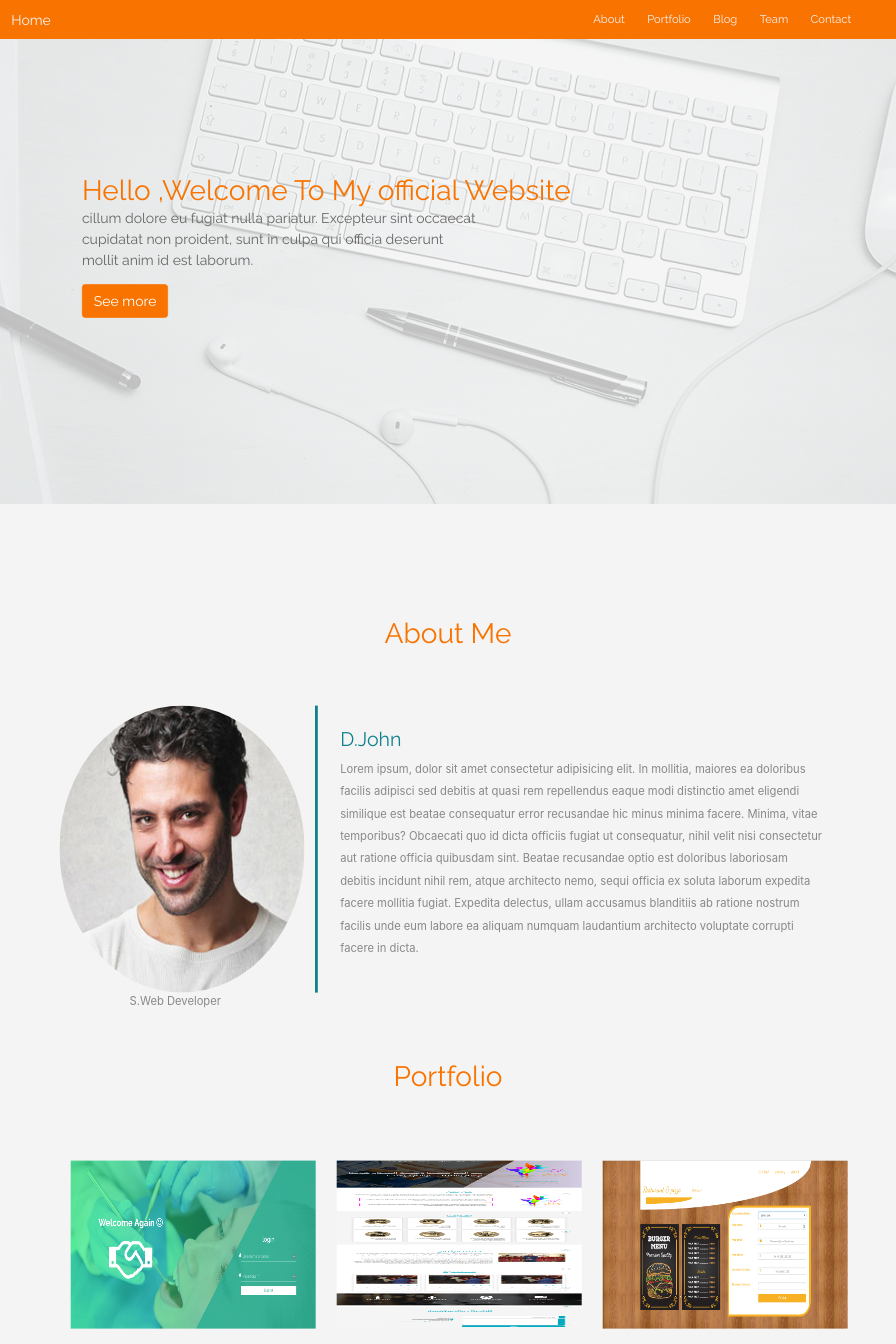
Repository: adrian9211/Bootstrap_website_Ruth
Page: index.html
The author's editor kept a copy of each file at every save. The page is drawn from the files as they stood at one save, then again after the next save.
The browser window is 1280 px wide. The pictures show the part of the page from y = 0 to 1920 px (the page is 4159 px tall), at 70% of full size.
Some web libraries are served in a nearby version.

Above is the page before, as saved 2020-11-25 12:21:43.

### index.html
<!DOCTYPE html>
<html lang="en">
<head>
    <meta charset="UTF-8">
    <meta name="viewport" content="width=device-width, initial-scale=1.0">
    <title>Bootstrap 4 page</title>

    <link rel="stylesheet" href="css/bootstrap.min.css">
    <link rel="stylesheet" href="css/main.css">
</head>
<body>
    <!-- Navbar start -->
    <nav class="navbar navbar-expand-lg fixed-top">
        <a class="navbar-brand" href="#">Home</a>
        <button class="navbar-toggler" type="button" data-toggle="collapse" data-target="#navbarSupportedContent" aria-controls="navbarSupportedContent" aria-expanded="false" aria-label="Toggle navigation">
          <span class="navbar-toggler-icon"></span>
        </button>

        <div class="collapse navbar-collapse" id="navbarSupportedContent">
            <ul class="navbar-nav mr-4">
              <li class="nav-item">
                <a class="nav-link"  data-value="about" href="#">About</a>
              </li>
              <li class="nav-item">
                <a class="nav-link" data-value="portfolio" href="#">Portfolio</a>
              </li>
              <li class="nav-item">
                <a class="nav-link" data-value="blog" href="#">Blog</a>
              </li>
              <li class="nav-item">
                <a class="nav-link" data-value="team" href="#">Team</a>
              </li>
              <li class="nav-item">
                <a class="nav-link" data-value="contact" href="#">Contact</a>
              </li>
          </div>
    </nav>
    <!-- Navbar end -->
    <!-- Header section START -->
    <header class="header">
      <div class="overlay"></div>
       <div class="container">
           <div class="description ">
        <h1>
          Hello ,Welcome To My official Website
          <p>
          cillum dolore eu fugiat nulla pariatur. Excepteur sint occaecat cupidatat non
          proident, sunt in culpa qui officia deserunt mollit anim id est laborum.</p>
          <button class="btn btn-outline-secondary btn-lg">See more</button>
        </h1>
      </div>
       </div>

    </header>
    <!-- Header section END -->

    <!-- About section START -->

    <div class="about" id="about">
      <div class="container">
        <h1 class="text-center">About Me</h1>
          <div class="row">
            <div class="col-lg-4 col-md-4 col-sm-12">
              <img src="images/team-3.jpg"  class="img-fluid" alt="photo">
              <span class="text-justify">S.Web Developer</span>
            </div>
            <div class="col-lg-8 col-md-8 col-sm-12 desc">
              <h3>D.John</h3>
              <p>Lorem ipsum, dolor sit amet consectetur adipisicing elit. In mollitia, maiores ea doloribus facilis adipisci sed debitis at quasi rem repellendus eaque modi distinctio amet eligendi similique est beatae consequatur error recusandae hic minus minima facere. Minima, vitae temporibus? Obcaecati quo id dicta officiis fugiat ut consequatur, nihil velit nisi consectetur aut ratione officia quibusdam sint. Beatae recusandae optio est doloribus laboriosam debitis incidunt nihil rem, atque architecto nemo, sequi officia ex soluta laborum expedita facere mollitia fugiat. Expedita delectus, ullam accusamus blanditiis ab ratione nostrum facilis unde eum labore ea aliquam numquam laudantium architecto voluptate corrupti facere in dicta.</p>
            </div>
          </div>
      </div>
    </div>

    <!-- About section END -->

    <!-- Portfolio part START -->
    <div class="portfolio" id="portfolio">
      <h1 class="text-center">Portfolio</h1>
      <div class="container">
        <div class="row">
          <div class="col-lg-4 col-md-4 col-sm-12">
            <img src="images/portfolio/port13.png" alt="port3" class="img-fluid">
        </div>
          <div class="col-lg-4 col-md-4 col-sm-12">
            <img src="images/portfolio/port1.png" alt="port1" class="img-fluid">
        </div>
          <div class="col-lg-4 col-md-4 col-sm-12">
            <img src="images/portfolio/port6.png" alt="port6" class="img-fluid">
        </div>
          <div class="col-lg-4 col-md-4 col-sm-12">
            <img src="images/portfolio/port3.png" alt="port3" class="img-fluid">
        </div>
          <div class="col-lg-4 col-md-4 col-sm-12">
            <img src="images/portfolio/port11.png" alt="port11" class="img-fluid">
        </div>
          <div class="col-lg-4 col-md-4 col-sm-12">
            <img src="images/portfolio/electric.png" alt="electric" class="img-fluid">
        </div>
          <div class="col-lg-4 col-md-4 col-sm-12">
            <img src="images/portfolio/Classic.jpg" alt="classic" class="img-fluid">
        </div>
          <div class="col-lg-4 col-md-4 col-sm-12">
            <img src="images/portfolio/port1.png" alt="port1" class="img-fluid">
        </div>
          <div class="col-lg-4 col-md-4 col-sm-12">
            <img src="images/portfolio/port8.png" alt="port8" class="img-fluid">
        </div>
      </div>
    </div>
    </div>

    <!-- Portfolio part END -->

    <!-- Posts section START -->
    <div class="blog" id="blog">
      <div class="container">
        <h1 class="text-center">Blog</h1>
        <div class="row">
          <div class="col-lg-4 col-md-4 col-sm-12" >
            <div class="card">
              <div class="card-img">
                <img src="images/posts/polit.jpg" alt="polit" class="img-fluid">
              </div>
              <div class="card-body">
                <h4 class="card-title">Post Title</h4>
                <p class="card-text">
                  Lorem ipsum dolor sit amet consectetur adipisicing elit. Fuga, at, mollitia et labore est quo ratione suscipit iste consequatur quos quidem nulla asperiores eveniet repellat odit. Reprehenderit enim vitae ratione ab veniam, temporibus sapiente quasi tenetur voluptatem repellat ea ipsam rerum consectetur unde quia exercitationem tempore debitis laborum qui dolores!
                </p>
              </div>
              <div class="card-footer">
                <a href="" class="card-link"> Read more</a>
              </div>
            </div>
          </div>
          <div class="col-lg-4 col-md-4 col-sm-12">
            <div class="card">
              <div class="card-img">
                <img src="images/posts/images.jpg" alt="images" class="img-fluid">
              </div>
              <div class="card-body">
                <h4 class="card-title">Post Title</h4>
                <p class="card-text">
                  Lorem ipsum dolor sit amet consectetur adipisicing elit. Ex earum ad, labore aperiam magnam maiores quaerat, sapiente a aut mollitia veritatis molestiae reprehenderit pariatur eum cum minima? Nulla, quia. Libero laborum ullam unde beatae error vero iure soluta, itaque sint debitis sequi! Provident, quam facilis vero animi eaque illum dignissimos.
                </p>
              </div>
              <div class="card-footer">
                <a href="" class="card-link">Read more</a>
              </div>
            </div>
          </div>
          <div class="col-lg-4 col-md-4 col-sm-12">
            <div class="card">
              <div class="card-img">
                <img src="images/posts/imag2.jpg" alt="images" class="img-fluid">
              </div>
              <div class="card-body">
                <h4 class="card-title">Post Title</h4>
                <p class="card-text">
                  Lorem ipsum dolor sit amet consectetur adipisicing elit. Ex earum ad, labore aperiam magnam maiores quaerat, sapiente a aut mollitia veritatis molestiae reprehenderit pariatur eum cum minima? Nulla, quia. Libero laborum ullam unde beatae error vero iure soluta, itaque sint debitis sequi! Provident, quam facilis vero animi eaque illum dignissimos.
                </p>
              </div>
              <div class="card-footer">
                <a href="" class="card-link">Read more</a>
              </div>
            </div>
          </div>
        </div>
      </div>
    </div>
    <!-- Posts section END -->

    <!-- Team Section START -->
    <div class="team" id="team">
      <div class="container">
      <h1 class="text-center">Our Team</h1>
        <div class="row">
          <div class="col-lg-3 col-md-3 col-sm-12 item">
            <img src="images/team-2.jpg" alt="team-2" class="img-fluid">
            <div class="des">
              Sara
            </div>
            <span class="text-muted">Manager</span>
          </div>
          <div class="col-lg-3 col-md-3 col-sm-12 item">
            <img src="images/team-3.jpg" alt="team-2" class="img-fluid">
            <div class="des">
              Chris
            </div>
            <span class="text-muted">S.enginnern</span>
          </div>
          <div class="col-lg-3 col-md-3 col-sm-12 item">
            <img src="images/team-2.jpg" alt="team-2" class="img-fluid">
            <div class="des">
              Layla
            </div>
            <span class="text-muted">Front End Developer</span>
          </div>
          <div class="col-lg-3 col-md-3 col-sm-12 item">
            <img src="images/team-3.jpg" alt="team-2" class="img-fluid">
            <div class="des">
              J.Jirard
            </div>
            <span class="text-muted">Team Manager</span>
          </div>
        </div>
      </div>
    </div>
    <!-- Team Section END -->

    <!-- Contact section START -->

    <div class="contact-form" id="contact">
      <div class="container">
        <form>
          <div class="row">
            <div class="col-lg-4 col-md-4 col-sm-12" >
              <h1>Get in Touch</h1>
            </div>
            <div class="col-lg-4 col-md-4 col-sm-12 right">
              <div class="form-group">
                <input type="text" class="form-control form-control-lg" placeholder="Your Name" name="name">
              </div>
              <div class="form-group">
                <input type="text" class="form-control form-control-lg" placeholder="YourEmail@email.com" name="email">
              </div>
              <div class="form-group">
                <textarea class="form-control form-control-lg">

                </textarea>
              </div>
              <input type="submit" class="btn btn-secondary btn-block" value="Send" name="">
            </div>
          </div>
        </form>
      </div>
    </div>

    <!-- Contact section END-->

    <!-- JS files section -->
    <script src="https://cdnjs.cloudflare.com/ajax/libs/popper.js/1.12.9/umd/popper.min.js" integrity="sha384-ApNbgh9B+Y1QKtv3Rn7W3mgPxhU9K/ScQsAP7hUibX39j7fakFPskvXusvfa0b4Q" crossorigin="anonymous"></script>
    <script type="text/javascript" src="js/jquery.min.js"></script>
    <script type="text/javascript" src="js/bootstrap.min.js"></script>
    <script type="text/javascript" src="js/main.js"></script>
</body>
</html>

### css/main.css
@import url('https://fonts.googleapis.com/css?family=Raleway');

body{
	padding: 0;
	margin: 0;
	background:#f4f4f4;
}
html,h1,h2,h3,h4,h5,h6,a{
	font-family: "Raleway";
}
.navbar{
	background:#F97300;
}
.nav-link , .navbar-brand{
	color: #f4f4f4;
	cursor: pointer;
}
.nav-link{
	margin-right: 1em !important;
}
.nav-link:hover{
	background: #f4f4f4;
	color: #f97300;
}
.navbar-collapse{
 justify-content: flex-end;
}
.navbar-toggler{
  background:#fff !important;

}

/*header style*/
.header{
	/* height: 40vh; */
	position: relative;
	background-image: url('../images/headerback.jpg');
	background-size: cover;
	background-position: center;
}
.overlay{
	position: absolute;
	min-height: 100%;
	min-width: 100%;
	left: 0;
	top: 0;
	background: rgba(244, 244, 244, 0.79);
}
.description{
    position: absolute;
    top: 30%;
    margin: auto;
    padding: 2em;

}
.description h1{
	color:#F97300 ;
}
.description p{
	color:#666;
	font-size: 20px;
	width: 50%;
	line-height: 1.5;
}
.description button{
	border:1px  solid #F97300;
	background:#F97300;
	color:#fff;
}
.about{
	margin: 4em 0;
	padding: 1em;
	position: relative;
}
.about h1{
	color:#F97300;
	margin: 2em;
}
.about img{
	height: 100%;
    width: 100%;
    border-radius: 50%
}
.about span{
	display: block;
	color: #888;
	position: absolute;
	left: 115px;
}
.about .desc{
	padding: 2em;
	border-left:4px solid #10828C;
}
.about .desc h3{
	color: #10828C;
}
.about .desc p{
	line-height:2;
	color:#888;
}


/*Portfolio*/
.portfolio{
	margin: 4em 0;
    position: relative;
}
.portfolio h1{
	color:#F97300;
	margin: 2em;
}
.portfolio img{
	 height: 15rem;
	 width: 100%;
	 margin: 1em;
}

/*blog style*/
.blog{
	margin: 4em 0;
	position: relative;
}
.blog h1{
	color:#F97300;
	margin: 2em;
}
.blog .card{
	box-shadow: 0 0 20px #ccc;
}
.blog .card img{
	width: 100%;
	height: 12em;
}
@media and (max-width: 768px){
 .team .item img{
 	width: 100%;
 }
}
.blog .card-title{
	color:#F97300;
}

.blog .card-body{
	padding: 1em;
}
.team{
	margin: 4em 0;
	position: relative;

}
.team h1{
	color:#F97300;
	margin: 2em;
}
.team .item{
	position: relative;
	overflow: hidden;
}
.team .des{
	background: #F97300;
	color: #fff;
	text-align: center;
	border-top-right-radius: 93%;
	transition:.3s ease-in-out;
	position: absolute;
	width: 88%;
	bottom: 24px;


}
.team .item:hover .des{
	height: 100%;
	background:#f973007d;
    position: absolute;
	width: 89%;
	padding: 5em;
	top: 0;
	border-top-right-radius: 0;
}
.contact-form{
	margin: 6em 0;
	position: relative;
}

.contact-form h1{
	padding:2em 1px;
	color: #F97300;
}
.contact-form .right{
	max-width: 600px;
}
.contact-form .right .btn-secondary{
	background:  #F97300;
	color: #fff;
	border:0;
}
.contact-form .right .form-control::placeholder{
	color: #888;
	font-size: 16px;
}

Loaded but not shown: css/bootstrap.min.css (library); js/jquery.min.js (library); js/bootstrap.min.js (library); js/main.js (common file)

After the next save:
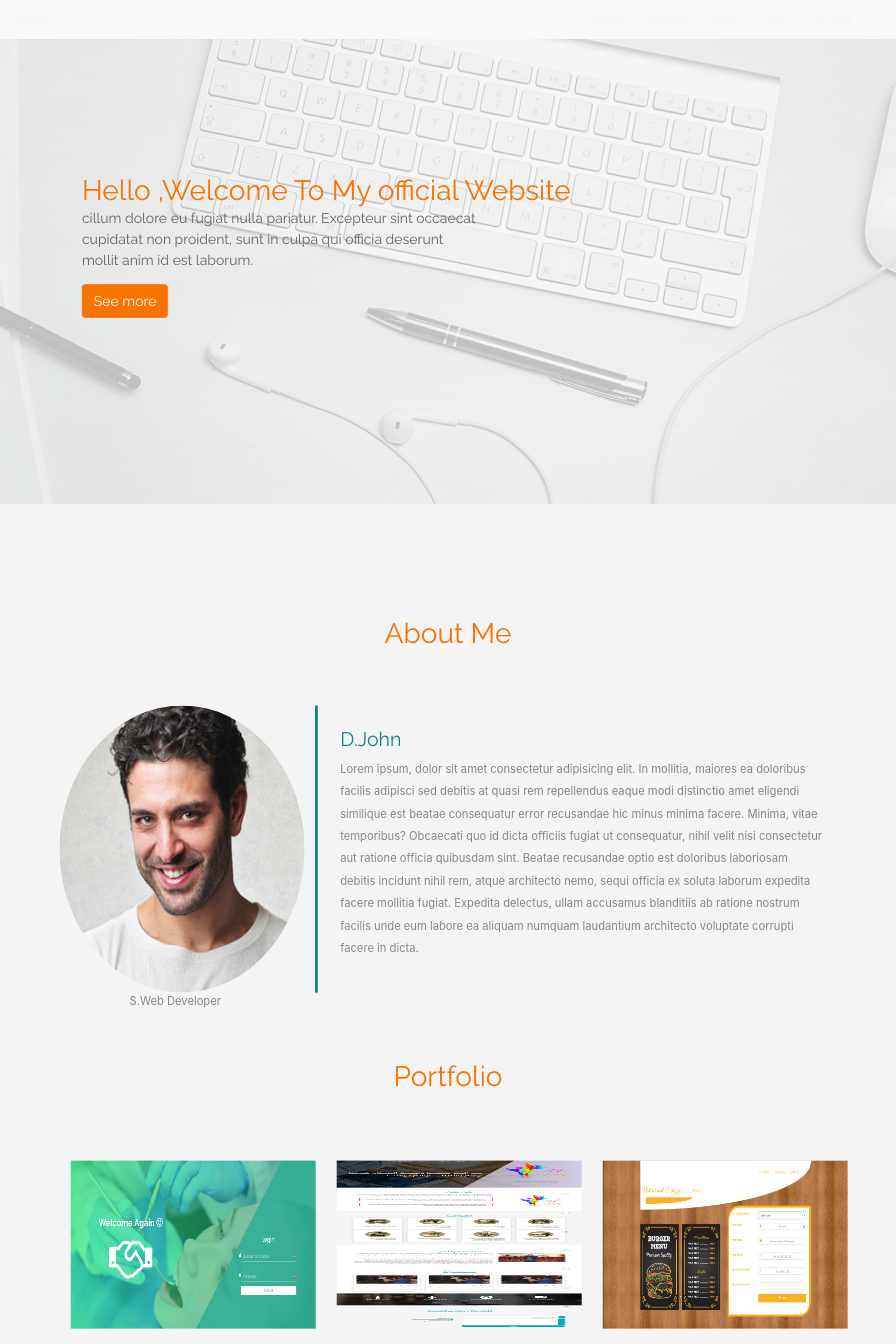
Saved 7 min 31 s later.
--- a/index.html
+++ b/index.html
@@ -10,7 +10,7 @@
 </head>
 <body>
     <!-- Navbar start -->
-    <nav class="navbar navbar-expand-lg fixed-top">
+    <nav class="navbar navbar-expand-lg avbar-light bg-light fixed-top">
         <a class="navbar-brand" href="#">Home</a>
         <button class="navbar-toggler" type="button" data-toggle="collapse" data-target="#navbarSupportedContent" aria-controls="navbarSupportedContent" aria-expanded="false" aria-label="Toggle navigation">
           <span class="navbar-toggler-icon"></span>
